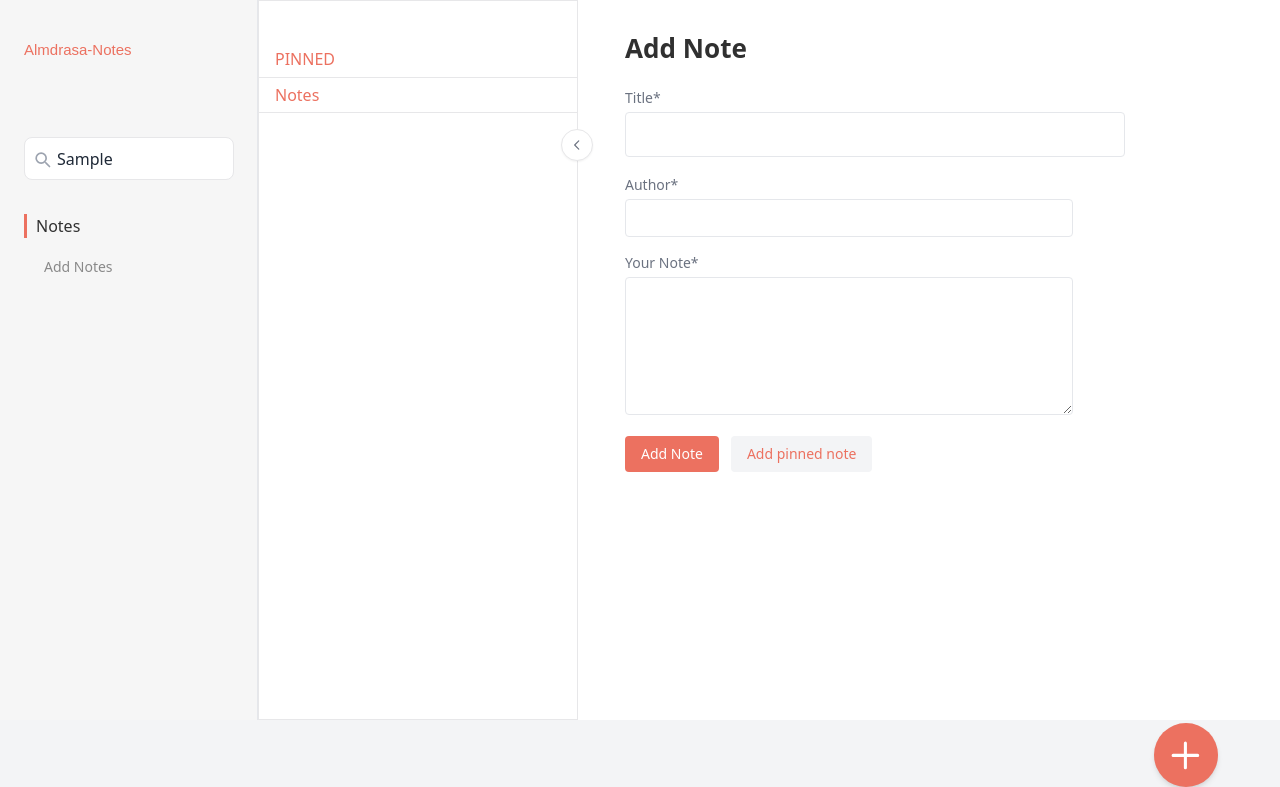
Repository: wafaa399/Note-App
Page: index.html
An editor plug-in stored every save of this project. The page is shown before and after the next save, followed by the edit.
The browser window is 1280 px wide. The pictures show the whole page.
Empty fields were first filled with sample values (such as "Sample", 5 or name@example.com).
After loading, the first visible `#addNoteFab` was clicked once.
Some web fonts or font styles are not loaded; a fallback is used. Some web libraries are served in a nearby version.

Above is the page before, as saved 2026-07-20 02:39:56.

### index.html
<!doctype html>
<html lang="en">
  <head>
    <meta charset="UTF-8" />
    <meta name="viewport" content="width=device-width, initial-scale=1.0" />
    <meta
      name="description"
      content="A notes application built with HTML, CSS, and JavaScript."
    />
    <meta name="keywords" content="notes, HTML, CSS, JavaScript" />
    <link rel="icon" href="/img/Logo.png" type="image/png" />
    <title>Note App</title>
    <script src="https://cdn.tailwindcss.com"></script>
    <link rel="preconnect" href="https://fonts.googleapis.com" />
    <link rel="preconnect" href="https://fonts.gstatic.com" crossorigin />
    <link
      href="https://fonts.googleapis.com/css2?family=Aclonica&display=swap"
      rel="stylesheet"
    />

    <script>
      tailwind.config = {
        theme: {
          extend: {
            fontFamily: {
              aclonica: ["Aclonica", "sans-serif"],
            },
          },
        },
      };
    </script>
  </head>
  <script
    type="module"
    src="https://unpkg.com/ionicons@7.1.0/dist/ionicons/ionicons.esm.js"
  ></script>
  <script
    nomodule
    src="https://unpkg.com/ionicons@7.1.0/dist/ionicons/ionicons.js"
  ></script>
  <script type="module" src="./src/controller.js"></script>
  <body class="bg-gray-100 h-screen overflow-hidden text-sm text-gray-800">
    <div class="flex h-screen w-screen relative">
      <!--------SIDEBAR -------->
      <aside
        id="sidebar"
        class="bg-[#F6F6F6] border-r border-gray-200 flex-shrink-0 overflow-hidden pl-6 pt-10"
        style="width: 16.125rem"
      >
        <div class="w-[8.375rem] h-[1.0625rem] mb-[5rem]">
          <h1 class="font-aclonica text-[0.9375rem] text-[#EC7160] font-normal">
            Almdrasa-Notes
          </h1>
        </div>

        <div class="relative mb-5 w-[13.125rem] h-[2.6875rem]">
          <input
            type="text"
            placeholder="Search"
            class="w-full h-full text-[1rem] border border-[#E7E7E9] rounded-lg pl-8 py-2 outline-none focus:ring-1 focus:ring-red-400"
          />
          <svg
            class="w-5 h-5 text-gray-400 absolute left-2 top-1/2 -translate-y-1/2"
            fill="none"
            stroke="currentColor"
            viewBox="0 0 24 24"
          >
            <path
              stroke-linecap="round"
              stroke-linejoin="round"
              stroke-width="2"
              d="M21 21l-4.35-4.35M17 11a6 6 0 11-12 0 6 6 0 0112 0z"
            />
          </svg>
        </div>
        <div class="space-y-2">
          <button
            data-view="notes"
            class="nav-item relative w-full h-[3.3rem] pl-3 rounded text-[1rem] font-medium text-[#303030] flex items-center"
          >
            <span
              class="absolute left-0 top-1/2 -translate-y-1/2 w-[.2rem] h-[1.5rem] bg-[#EC7160]"
            ></span>
            Notes
          </button>

          <button
            data-view="add"
            class="nav-item w-full h-3 text-left pl-5 rounded text-[#898989] flex items-center hover:bg-gray-50"
          >
            Add Notes
          </button>
        </div>
      </aside>

      <!--NOTES LIST:pinned or all -->
      <section
        class="relative w-80 flex-shrink-0 border border-[#E7E7E9] bg-white text-[#EC7160] h-full"
      >
        <div class="h-full overflow-y-auto overflow-x-hidden px-4 pt-12">
          <div class="mb-1">
            <p class="text-[1rem] font-normal mb-2">PINNED</p>
            <div id="pinnedList" class="space-y-1"></div>
          </div>
          <div class="mt-17">
            <div
              class="-mx-4 mb-8 h-[36px] border-y border-[#E7E7E9] flex items-center"
            >
              <p class="px-4 text-[1rem] font-normal">Notes</p>
            </div>
            <div id="notesList" class="space-y-9"></div>
          </div>
        </div>
        <button
          id="toggleBtn"
          class="absolute top-32 right-0 translate-x-1/2 z-20 w-8 h-8 bg-white border border-[#E7E7E9] rounded-full flex items-center justify-center shadow-sm hover:bg-gray-50 transition-all"
        >
          <svg
            id="toggleIcon"
            class="w-3.5 h-3.5 text-gray-500 transition-transform"
            fill="none"
            stroke="currentColor"
            viewBox="0 0 24 24"
          >
            <path
              stroke-linecap="round"
              stroke-linejoin="round"
              stroke-width="2"
              d="M15 19l-7-7 7-7"
            />
          </svg>
        </button>
      </section>
      <!--NOTE DETAIL -->
      <main class="flex-1 overflow-y-auto bg-white">
        <div id="detailView" class="max-w-2xl mx-auto p-8"></div>
        <button
          id="addNoteFab"
          class="absolute top-[45.2rem] right-[3.9rem] w-16 h-16 rounded-full bg-[#EC7160] text-white flex items-center justify-center shadow-md hover:bg-[#e05f4d] transition-colors"
        >
          <svg
            class="w-[2.3rem] h-[2.3rem]"
            fill="none"
            stroke="currentColor"
            viewBox="0 0 24 24"
          >
            <path
              stroke-linecap="round"
              stroke-linejoin="round"
              stroke-width="2"
              d="M12 4v16m8-8H4"
            />
          </svg>
        </button>
      </main>
    </div>
  </body>
</html>

### src/controller.js
// ==========================================
// CONTROLLER: هو الوحيد اللي بيكلم الـ Model والـ Views مع بعض
// ==========================================
import * as Model from "./model.js";
import { renderNotesList } from "./Views/notesView.js";
import { renderNoteDetail, renderAddNoteForm } from "./Views/detailsView.js";

let currentQuery = "";

function refreshList() {
  const source = currentQuery
    ? Model.searchNotes(currentQuery)
    : Model.getAllNotes();
  const pinned = source.filter((n) => n.pinned);
  const unpinned = source.filter((n) => !n.pinned);

  renderNotesList({
    pinned,
    unpinned,
    onSelect: (id) => {
      const note = Model.getNoteById(id);
      renderNoteDetail(note);
    },
    onDelete: (id) => {
      Model.deleteNote(id);
      refreshList();
      renderNoteDetail(null);
    },
  });
}

function showAddNoteForm() {
  renderAddNoteForm({
    onSubmit: ({ title, author, content, pinned }) => {
      const note = Model.addNote({ title, author, content, pinned });
      refreshList();
      renderNoteDetail(note);
    },
  });
}

function initSidebar() {
  document.querySelectorAll(".nav-item").forEach((btn) => {
    btn.addEventListener("click", () => {
      const view = btn.dataset.view;
      if (view === "add") {
        showAddNoteForm();
      } else {
        renderNoteDetail(null);
      }
    });
  });

  document
    .getElementById("addNoteFab")
    .addEventListener("click", showAddNoteForm);
}

function initSearch() {
  document
    .querySelector('input[placeholder="Search"]')
    .addEventListener("input", (e) => {
      currentQuery = e.target.value;
      refreshList();
    });
}

function initToggleSidebar() {
  const sidebar = document.getElementById("sidebar");
  const toggleBtn = document.getElementById("toggleBtn");
  const toggleIcon = document.getElementById("toggleIcon");
  let collapsed = false;

  toggleBtn.addEventListener("click", () => {
    collapsed = !collapsed;
    sidebar.style.width = collapsed ? "0rem" : "16.125rem";
    sidebar.style.paddingLeft = collapsed ? "0" : "";
    toggleIcon.style.transform = collapsed ? "rotate(180deg)" : "rotate(0deg)";
  });
}

function init() {
  initSidebar();
  initSearch();
  initToggleSidebar();
  refreshList();
  renderNoteDetail(null);
}

document.addEventListener("DOMContentLoaded", init);

### src/model.js
const Storage_Key = "almdrasa_notes";

// قراءة البيانات من Local Storage
function loadNotes() {
  const data = localStorage.getItem(Storage_Key);
  return data ? JSON.parse(data) : [];
}

// حفظ البيانات في Local Storage
function saveNotes(notes) {
  localStorage.setItem(Storage_Key, JSON.stringify(notes));
}

let notes = loadNotes();

export function getAllNotes() {
  return notes;
}

///status of notes
//1-pinned notes
export function getPinnedNotes() {
  return notes.filter((n) => n.pinned);
}

//2-regular notes
export function getUnpinnedNotes() {
  return notes.filter((n) => !n.pinned);
}
export function getNoteById(id) {
  return notes.find((n) => n.id === id);
}

export function addNote({ title, author, content, pinned = false }) {
  const newNote = {
    id: Date.now().toString(),
    title,
    author,
    content,
    date: new Date().toISOString(),
    pinned,
  };
  notes.unshift(newNote);
  saveNotes(notes);
  return newNote;
}

export function deleteNote(id) {
  notes = notes.filter((n) => n.id !== id);
  saveNotes(notes);
}

// export function togglePin(id) {
//   const note = getNoteById(id);
//   if (note) {
//     note.pinned = !note.pinned;
//     saveNotes(notes);
//   }
// }

export function searchNotes(query) {
  const q = query.trim().toLowerCase();
  if (!q) return notes;
  return notes.filter(
    (n) =>
      n.title.toLowerCase().includes(q) || n.content.toLowerCase().includes(q),
  );
}

### src/views/notesView.js
import { formatDate, truncate, clear } from "../helper.js";

function noteItemHTML(note) {
  return `
    <div class="w-[16.625rem] h-[6.625rem] note-item cursor-pointer px-2 py-2 rounded hover:bg-gray-50" data-id="${note.id}">
      <p class="font-medium text-[#303030] leading-6 text-[1rem] ">${note.title}</p>
      <p class="w-[16.5625rem] h-[2.5rem] text-[#898989]  text-[.82rem] font-medium leading-5  mt-1">${truncate(note.content, 70)}</p>
      <div class=" w-[14.5625rem] flex justify-between items-center mt-1 ">
        <span class="text-[#898989] text-[.81rem]  leading-5  font-medium mt-2">${formatDate(note.date)}</span>
        <button class="delete-btn text-[#D82700] text-sm " data-id="${note.id}">Delete</button>
      </div>
    </div>
  `;
}

export function renderNotesList({ pinned, unpinned, onSelect, onDelete }) {
  const pinnedContainer = document.getElementById("pinnedList");
  const notesContainer = document.getElementById("notesList");
  clear(pinnedContainer);
  clear(notesContainer);

  pinned.forEach((note) =>
    pinnedContainer.insertAdjacentHTML("beforeend", noteItemHTML(note)),
  );
  unpinned.forEach((note) =>
    notesContainer.insertAdjacentHTML("beforeend", noteItemHTML(note)),
  );

  document.querySelectorAll(".note-item").forEach((item) => {
    item.addEventListener("click", (e) => {
      if (e.target.classList.contains("delete-btn")) return;
      onSelect(item.dataset.id);
    });
  });

  document.querySelectorAll(".delete-btn").forEach((btn) => {
    btn.addEventListener("click", (e) => {
      e.stopPropagation();
      onDelete(btn.dataset.id);
    });
  });
}

### src/views/detailsView.js
import { formatDate } from "../helper.js";

export function renderNoteDetail(note) {
  const container = document.getElementById("detailView");
  if (!note) {
    container.innerHTML = `<p class="text-gray-400 text-center mt-20">اختار Note من القايمة عشان تتعرض هنا</p>`;
    return;
  }
  container.innerHTML = `
    <h2 class="text-2xl font-semibold text-[#303030] mb-1">${note.title}</h2>
    <p class="text-gray-400 text-sm mb-6">${formatDate(note.date)} / By ${note.author}</p>
    <p class="text-gray-600 leading-7 whitespace-pre-line">${note.content}</p>
  `;
}

export function renderAddNoteForm({ onSubmit }) {
  const container = document.getElementById("detailView");
  container.innerHTML = `

    <div class=" w-[37.5rem] h-[34.625rem] space-y-4 max-w-md">
    <h2 class="text-[1.63rem] leading-8 font-semibold text-[#303030] mb-6">Add Note</h2>
      <div class="w-[31.25rem] h-[4.4375rem]">
        <label class="block text-gray-500 mb-1">Title*</label>
        <input id="noteTitle" type="text" class=" w-[31.25rem] h-[2.8125rem] border border-gray-200 rounded px-3 py-2 outline-none focus:ring-1 focus:ring-red-400" />
      </div>
      <div>
        <label class="block text-gray-500 mb-1">Author*</label>
        <input id="noteAuthor" type="text" class="w-full border border-gray-200 rounded px-3 py-2 outline-none focus:ring-1 focus:ring-red-400" />
      </div>
      <div>
        <label class="block text-gray-500 mb-1">Your Note*</label>
        <textarea id="noteContent" rows="6" class="w-full border border-gray-200 rounded px-3 py-2 outline-none focus:ring-1 focus:ring-red-400"></textarea>
      </div>
      <div class="flex gap-3">
        <button id="addNoteBtn" class="bg-[#EC7160] text-white px-4 py-2 rounded hover:bg-[#e05f4d]">Add Note</button>
        <button id="addPinnedBtn" class="bg-gray-100 text-[#EC7160] px-4 py-2 rounded hover:bg-gray-200">Add pinned note</button>
      </div>
    </div>
  `;

  function submitHandler(pinned) {
    const title = document.getElementById("noteTitle").value.trim();
    const author = document.getElementById("noteAuthor").value.trim();
    const content = document.getElementById("noteContent").value.trim();
    if (!title || !author || !content) {
      alert("من فضلك املأ كل الحقول");
      return;
    }
    onSubmit({ title, author, content, pinned });
  }

  document
    .getElementById("addNoteBtn")
    .addEventListener("click", () => submitHandler(false));
  document
    .getElementById("addPinnedBtn")
    .addEventListener("click", () => submitHandler(true));
}

### src/helper.js
export function formatDate(isoString) {
  const date = new Date(isoString);
  return date.toLocaleDateString("en-US", {
    month: "short",
    day: "numeric",
    year: "numeric",
  });
}
// //if the description of note very long add like etc...
export function truncate(text, maxLength = 90) {
  if (text.length <= maxLength) return text;
  return text.slice(0, maxLength).trim();
}

//for clearing search
export function clear(container) {
  container.innerHTML = "";
}

After the next save:
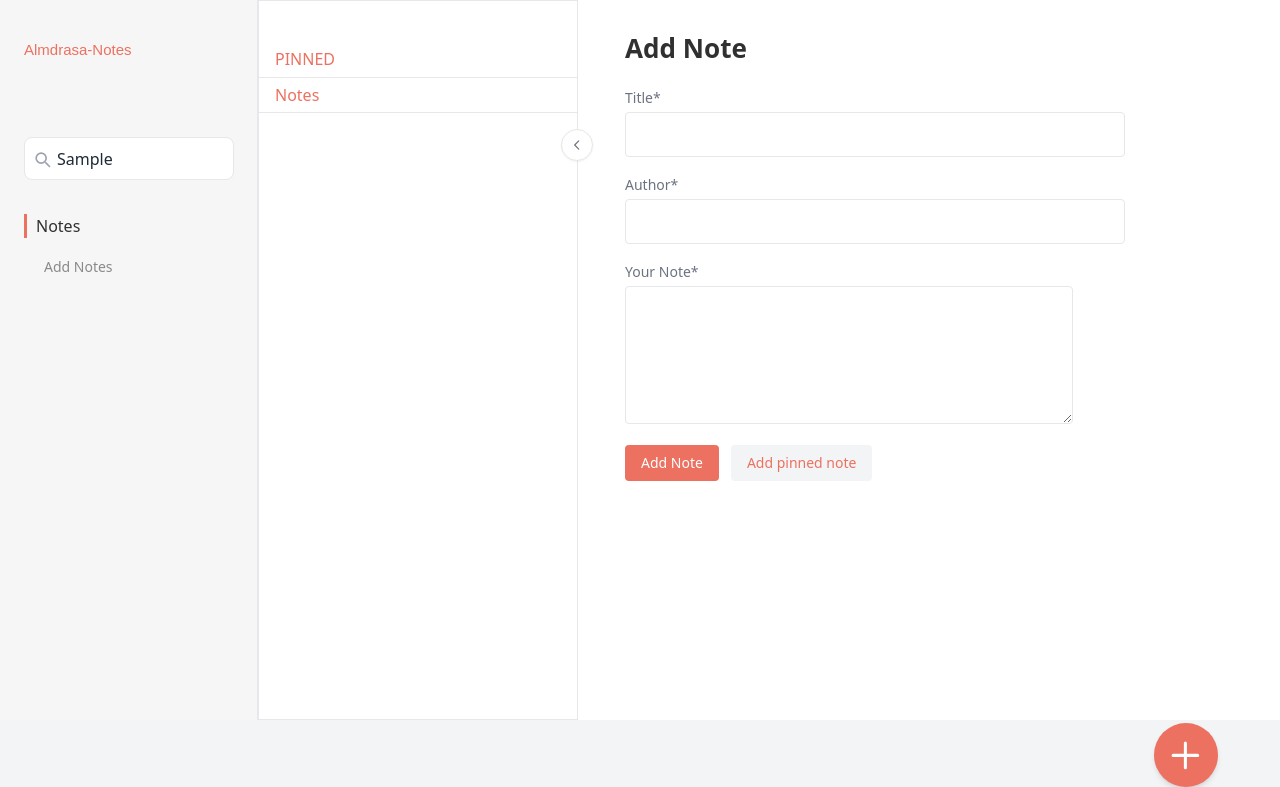
Saved 41 s later.
--- a/src/views/detailsView.js
+++ b/src/views/detailsView.js
@@ -23,9 +23,9 @@ export function renderAddNoteForm({ onSubmit }) {
         <label class="block text-gray-500 mb-1">Title*</label>
         <input id="noteTitle" type="text" class=" w-[31.25rem] h-[2.8125rem] border border-gray-200 rounded px-3 py-2 outline-none focus:ring-1 focus:ring-red-400" />
       </div>
-      <div>
+      <div class="w-[31.25rem] h-[4.4375rem]">
         <label class="block text-gray-500 mb-1">Author*</label>
-        <input id="noteAuthor" type="text" class="w-full border border-gray-200 rounded px-3 py-2 outline-none focus:ring-1 focus:ring-red-400" />
+        <input id="noteAuthor" type="text" class=" w-[31.25rem] h-[2.8125rem] border border-gray-200 rounded px-3 py-2 outline-none focus:ring-1 focus:ring-red-400" />
       </div>
       <div>
         <label class="block text-gray-500 mb-1">Your Note*</label>
